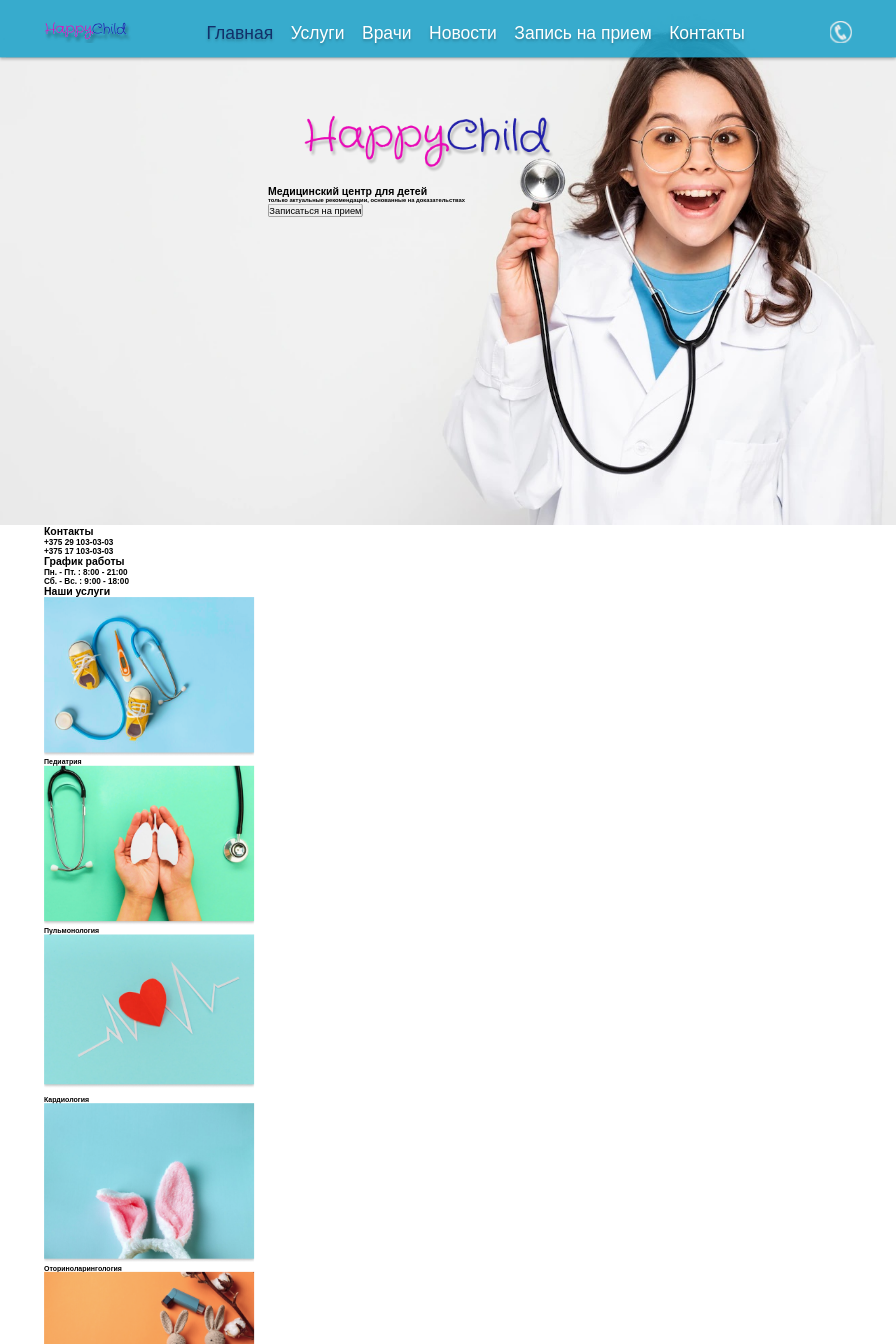
Repository: Normandy72/Landing-Page-Happy-Child
Page: index.html
An editor plug-in stored every save of this project. The page is shown before and after the next save, followed by the edit.
The browser window is 1280 px wide. The pictures show the part of the page from y = 0 to 1920 px (the page is 7728 px tall), at 70% of full size.
Some web fonts or font styles are not loaded; a fallback is used.

Above is the page before, as saved 2022-11-11 22:53:19.
Not found: styles/doctors_card.css
Not found: styles/news_card.css
Not found: styles/services_card.css

After the next save:
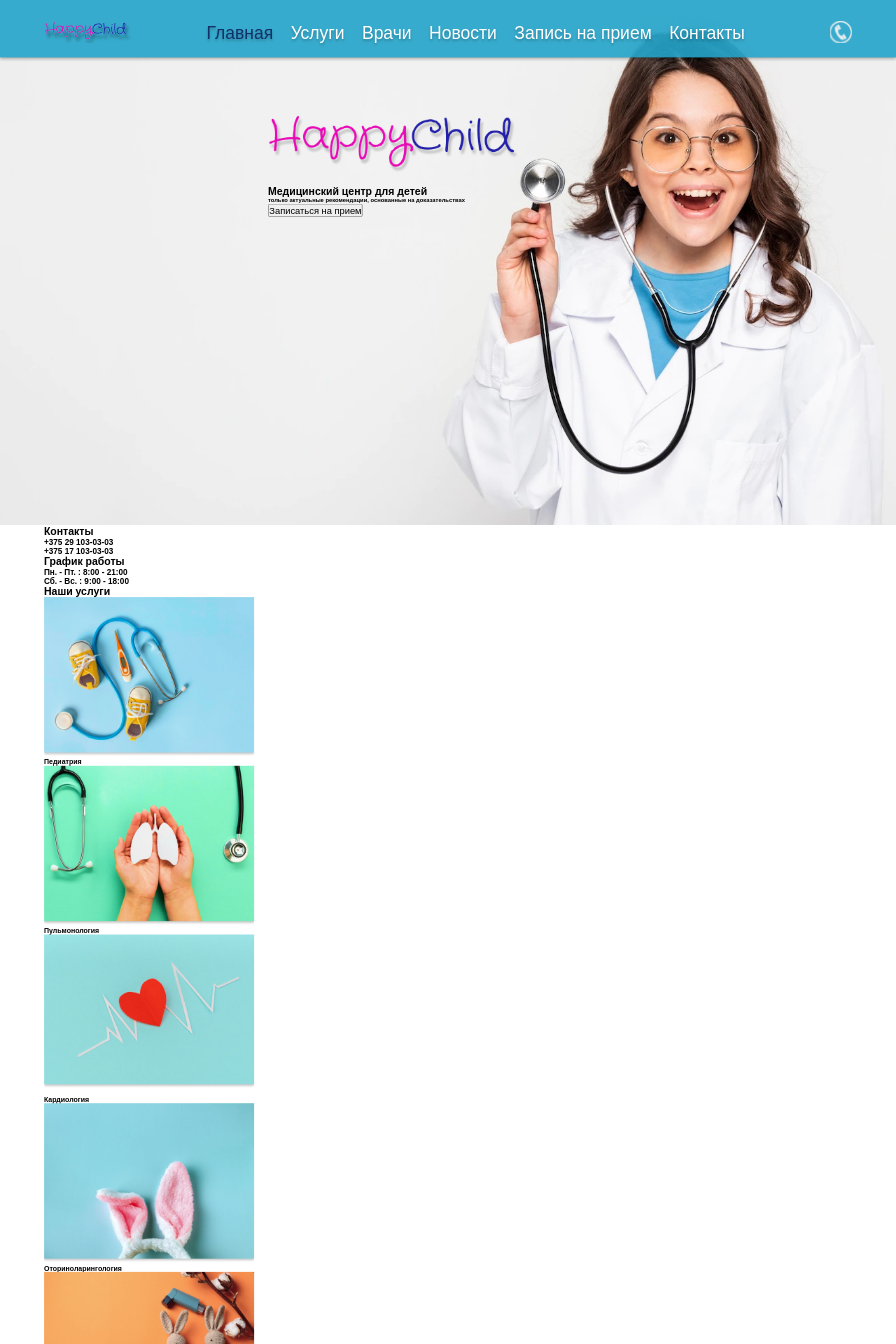
Saved 22 s later.
--- a/styles/section_main.css
+++ b/styles/section_main.css
@@ -16,5 +16,5 @@
     background-repeat: no-repeat;
     width: 388px;
     height: 99px;
-    margin-left: 10%;
+    /* margin-left: 10%; */
 }

After the save that followed:
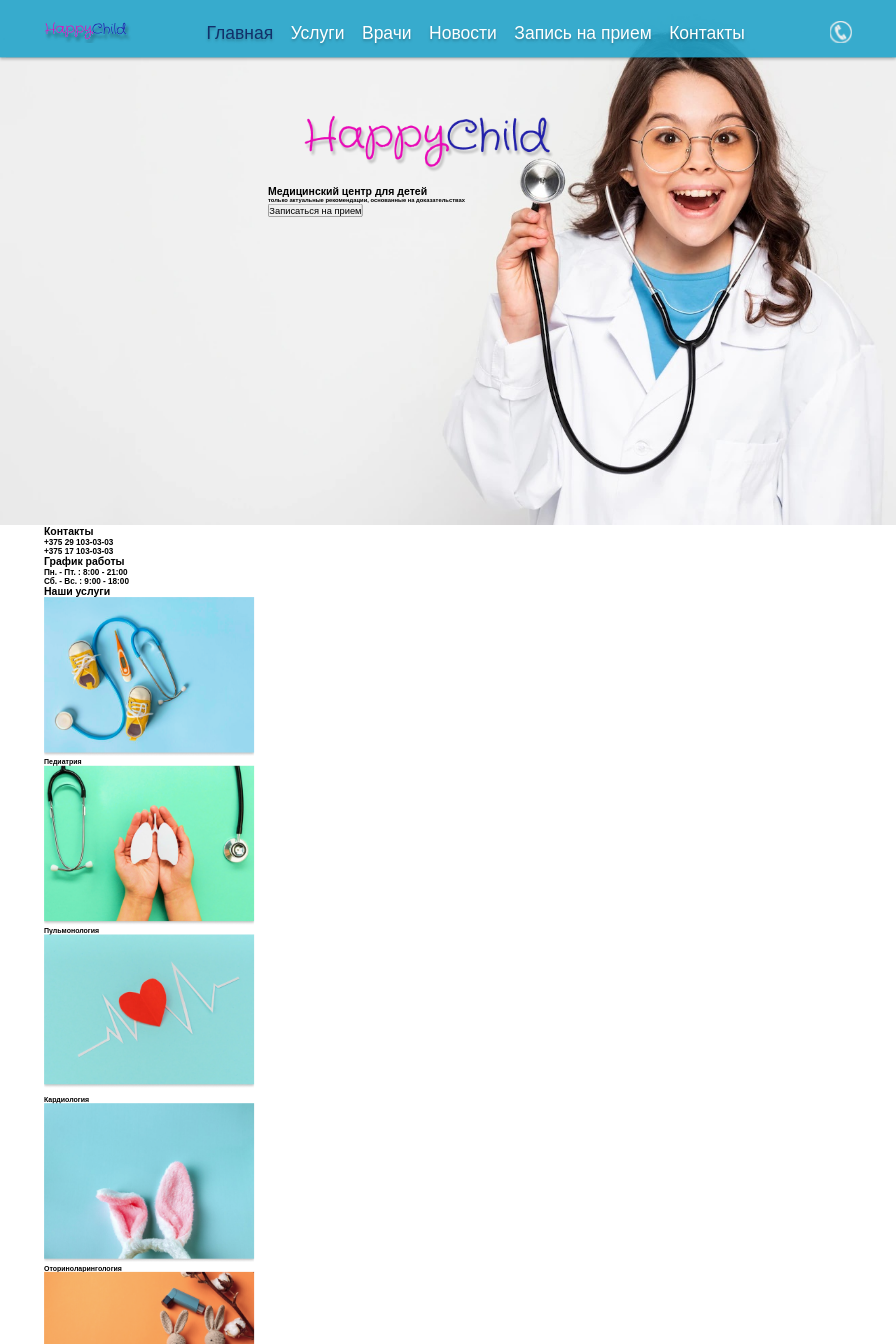
Saved 15 s later.
--- a/styles/section_main.css
+++ b/styles/section_main.css
@@ -16,5 +16,5 @@
     background-repeat: no-repeat;
     width: 388px;
     height: 99px;
-    /* margin-left: 10%; */
+    margin-left: 10%;
 }
